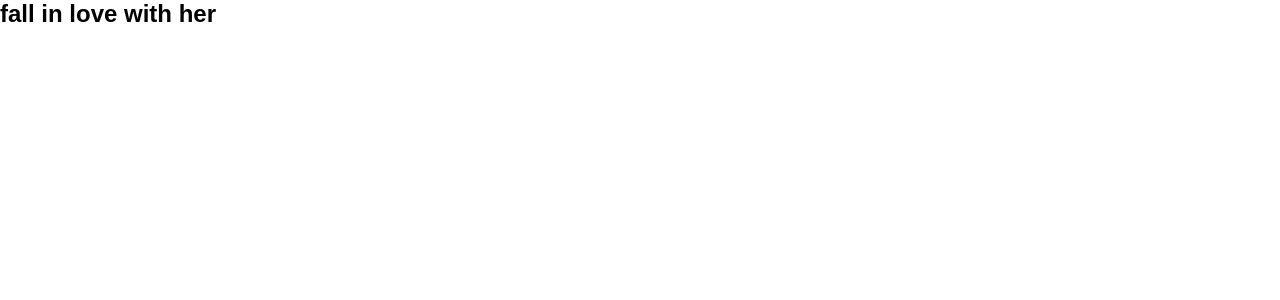
Repository: triumph-star/CSS-practice
Page: One CSS per day/broken/index.html
The author's editor kept a copy of each file at every save. The page is drawn from the files as they stood at one save, then again after a run of saves.
The browser window is 1280 px wide. The pictures show the whole page.
Some web fonts or font styles are not loaded; a fallback is used.

Above is the page before, as saved 2020-11-13 15:57:09.

### One CSS per day/broken/index.html
<!DOCTYPE html>
<html lang="zh-cn">
<head>
  <meta charset="UTF-8">
  <meta name="viewport" content="width=device-width, initial-scale=1.0">
  <title>broken-text</title>
  <link rel="stylesheet" href="./css.css"></link>
</head>
<body>
  <h2>fall in love with her</h2>
</body>
</html>

### One CSS per day/broken/css.css
@import url(./font.css);

*{
  margin: 0;
  padding: 0;
  font-family: 'Poppins', sans-serif;
}

body{

  dis
}

### One CSS per day/broken/font.css
/* devanagari */
@font-face {
  font-family: 'Poppins';
  font-style: normal;
  font-weight: 400;
  font-display: swap;
  src: local('Poppins Regular'), local('Poppins-Regular'), url(https://fonts.gstatic.com/s/poppins/v15/pxiEyp8kv8JHgFVrJJbecmNE.woff2) format('woff2');
  unicode-range: U+0900-097F, U+1CD0-1CF6, U+1CF8-1CF9, U+200C-200D, U+20A8, U+20B9, U+25CC, U+A830-A839, U+A8E0-A8FB;
}

/* latin-ext */
@font-face {
  font-family: 'Poppins';
  font-style: normal;
  font-weight: 400;
  font-display: swap;
  src: local('Poppins Regular'), local('Poppins-Regular'), url(https://fonts.gstatic.com/s/poppins/v15/pxiEyp8kv8JHgFVrJJnecmNE.woff2) format('woff2');
  unicode-range: U+0100-024F, U+0259, U+1E00-1EFF, U+2020, U+20A0-20AB, U+20AD-20CF, U+2113, U+2C60-2C7F, U+A720-A7FF;
}

/* latin */
@font-face {
  font-family: 'Poppins';
  font-style: normal;
  font-weight: 400;
  font-display: swap;
  src: local('Poppins Regular'), local('Poppins-Regular'), url(https://fonts.gstatic.com/s/poppins/v15/pxiEyp8kv8JHgFVrJJfecg.woff2) format('woff2');
  unicode-range: U+0000-00FF, U+0131, U+0152-0153, U+02BB-02BC, U+02C6, U+02DA, U+02DC, U+2000-206F, U+2074, U+20AC, U+2122, U+2191, U+2193, U+2212, U+2215, U+FEFF, U+FFFD;
}

/* devanagari */
@font-face {
  font-family: 'Poppins';
  font-style: normal;
  font-weight: 500;
  font-display: swap;
  src: local('Poppins Medium'), local('Poppins-Medium'), url(https://fonts.gstatic.com/s/poppins/v15/pxiByp8kv8JHgFVrLGT9Z11lFc-K.woff2) format('woff2');
  unicode-range: U+0900-097F, U+1CD0-1CF6, U+1CF8-1CF9, U+200C-200D, U+20A8, U+20B9, U+25CC, U+A830-A839, U+A8E0-A8FB;
}

/* latin-ext */
@font-face {
  font-family: 'Poppins';
  font-style: normal;
  font-weight: 500;
  font-display: swap;
  src: local('Poppins Medium'), local('Poppins-Medium'), url(https://fonts.gstatic.com/s/poppins/v15/pxiByp8kv8JHgFVrLGT9Z1JlFc-K.woff2) format('woff2');
  unicode-range: U+0100-024F, U+0259, U+1E00-1EFF, U+2020, U+20A0-20AB, U+20AD-20CF, U+2113, U+2C60-2C7F, U+A720-A7FF;
}

/* latin */
@font-face {
  font-family: 'Poppins';
  font-style: normal;
  font-weight: 500;
  font-display: swap;
  src: local('Poppins Medium'), local('Poppins-Medium'), url(https://fonts.gstatic.com/s/poppins/v15/pxiByp8kv8JHgFVrLGT9Z1xlFQ.woff2) format('woff2');
  unicode-range: U+0000-00FF, U+0131, U+0152-0153, U+02BB-02BC, U+02C6, U+02DA, U+02DC, U+2000-206F, U+2074, U+20AC, U+2122, U+2191, U+2193, U+2212, U+2215, U+FEFF, U+FFFD;
}

/* devanagari */
@font-face {
  font-family: 'Poppins';
  font-style: normal;
  font-weight: 600;
  font-display: swap;
  src: local('Poppins SemiBold'), local('Poppins-SemiBold'), url(https://fonts.gstatic.com/s/poppins/v15/pxiByp8kv8JHgFVrLEj6Z11lFc-K.woff2) format('woff2');
  unicode-range: U+0900-097F, U+1CD0-1CF6, U+1CF8-1CF9, U+200C-200D, U+20A8, U+20B9, U+25CC, U+A830-A839, U+A8E0-A8FB;
}

/* latin-ext */
@font-face {
  font-family: 'Poppins';
  font-style: normal;
  font-weight: 600;
  font-display: swap;
  src: local('Poppins SemiBold'), local('Poppins-SemiBold'), url(https://fonts.gstatic.com/s/poppins/v15/pxiByp8kv8JHgFVrLEj6Z1JlFc-K.woff2) format('woff2');
  unicode-range: U+0100-024F, U+0259, U+1E00-1EFF, U+2020, U+20A0-20AB, U+20AD-20CF, U+2113, U+2C60-2C7F, U+A720-A7FF;
}

/* latin */
@font-face {
  font-family: 'Poppins';
  font-style: normal;
  font-weight: 600;
  font-display: swap;
  src: local('Poppins SemiBold'), local('Poppins-SemiBold'), url(https://fonts.gstatic.com/s/poppins/v15/pxiByp8kv8JHgFVrLEj6Z1xlFQ.woff2) format('woff2');
  unicode-range: U+0000-00FF, U+0131, U+0152-0153, U+02BB-02BC, U+02C6, U+02DA, U+02DC, U+2000-206F, U+2074, U+20AC, U+2122, U+2191, U+2193, U+2212, U+2215, U+FEFF, U+FFFD;
}

/* devanagari */
@font-face {
  font-family: 'Poppins';
  font-style: normal;
  font-weight: 700;
  font-display: swap;
  src: local('Poppins Bold'), local('Poppins-Bold'), url(https://fonts.gstatic.com/s/poppins/v15/pxiByp8kv8JHgFVrLCz7Z11lFc-K.woff2) format('woff2');
  unicode-range: U+0900-097F, U+1CD0-1CF6, U+1CF8-1CF9, U+200C-200D, U+20A8, U+20B9, U+25CC, U+A830-A839, U+A8E0-A8FB;
}

/* latin-ext */
@font-face {
  font-family: 'Poppins';
  font-style: normal;
  font-weight: 700;
  font-display: swap;
  src: local('Poppins Bold'), local('Poppins-Bold'), url(https://fonts.gstatic.com/s/poppins/v15/pxiByp8kv8JHgFVrLCz7Z1JlFc-K.woff2) format('woff2');
  unicode-range: U+0100-024F, U+0259, U+1E00-1EFF, U+2020, U+20A0-20AB, U+20AD-20CF, U+2113, U+2C60-2C7F, U+A720-A7FF;
}

/* latin */
@font-face {
  font-family: 'Poppins';
  font-style: normal;
  font-weight: 700;
  font-display: swap;
  src: local('Poppins Bold'), local('Poppins-Bold'), url(https://fonts.gstatic.com/s/poppins/v15/pxiByp8kv8JHgFVrLCz7Z1xlFQ.woff2) format('woff2');
  unicode-range: U+0000-00FF, U+0131, U+0152-0153, U+02BB-02BC, U+02C6, U+02DA, U+02DC, U+2000-206F, U+2074, U+20AC, U+2122, U+2191, U+2193, U+2212, U+2215, U+FEFF, U+FFFD;
}

/* devanagari */
@font-face {
  font-family: 'Poppins';
  font-style: normal;
  font-weight: 800;
  font-display: swap;
  src: local('Poppins ExtraBold'), local('Poppins-ExtraBold'), url(https://fonts.gstatic.com/s/poppins/v15/pxiByp8kv8JHgFVrLDD4Z11lFc-K.woff2) format('woff2');
  unicode-range: U+0900-097F, U+1CD0-1CF6, U+1CF8-1CF9, U+200C-200D, U+20A8, U+20B9, U+25CC, U+A830-A839, U+A8E0-A8FB;
}

/* latin-ext */
@font-face {
  font-family: 'Poppins';
  font-style: normal;
  font-weight: 800;
  font-display: swap;
  src: local('Poppins ExtraBold'), local('Poppins-ExtraBold'), url(https://fonts.gstatic.com/s/poppins/v15/pxiByp8kv8JHgFVrLDD4Z1JlFc-K.woff2) format('woff2');
  unicode-range: U+0100-024F, U+0259, U+1E00-1EFF, U+2020, U+20A0-20AB, U+20AD-20CF, U+2113, U+2C60-2C7F, U+A720-A7FF;
}

/* latin */
@font-face {
  font-family: 'Poppins';
  font-style: normal;
  font-weight: 800;
  font-display: swap;
  src: local('Poppins ExtraBold'), local('Poppins-ExtraBold'), url(https://fonts.gstatic.com/s/poppins/v15/pxiByp8kv8JHgFVrLDD4Z1xlFQ.woff2) format('woff2');
  unicode-range: U+0000-00FF, U+0131, U+0152-0153, U+02BB-02BC, U+02C6, U+02DA, U+02DC, U+2000-206F, U+2074, U+20AC, U+2122, U+2191, U+2193, U+2212, U+2215, U+FEFF, U+FFFD;
}

/* devanagari */
@font-face {
  font-family: 'Poppins';
  font-style: normal;
  font-weight: 900;
  font-display: swap;
  src: local('Poppins Black'), local('Poppins-Black'), url(https://fonts.gstatic.com/s/poppins/v15/pxiByp8kv8JHgFVrLBT5Z11lFc-K.woff2) format('woff2');
  unicode-range: U+0900-097F, U+1CD0-1CF6, U+1CF8-1CF9, U+200C-200D, U+20A8, U+20B9, U+25CC, U+A830-A839, U+A8E0-A8FB;
}

/* latin-ext */
@font-face {
  font-family: 'Poppins';
  font-style: normal;
  font-weight: 900;
  font-display: swap;
  src: local('Poppins Black'), local('Poppins-Black'), url(https://fonts.gstatic.com/s/poppins/v15/pxiByp8kv8JHgFVrLBT5Z1JlFc-K.woff2) format('woff2');
  unicode-range: U+0100-024F, U+0259, U+1E00-1EFF, U+2020, U+20A0-20AB, U+20AD-20CF, U+2113, U+2C60-2C7F, U+A720-A7FF;
}

/* latin */
@font-face {
  font-family: 'Poppins';
  font-style: normal;
  font-weight: 900;
  font-display: swap;
  src: local('Poppins Black'), local('Poppins-Black'), url(https://fonts.gstatic.com/s/poppins/v15/pxiByp8kv8JHgFVrLBT5Z1xlFQ.woff2) format('woff2');
  unicode-range: U+0000-00FF, U+0131, U+0152-0153, U+02BB-02BC, U+02C6, U+02DA, U+02DC, U+2000-206F, U+2074, U+20AC, U+2122, U+2191, U+2193, U+2212, U+2215, U+FEFF, U+FFFD;
}

After the next 6 saves:
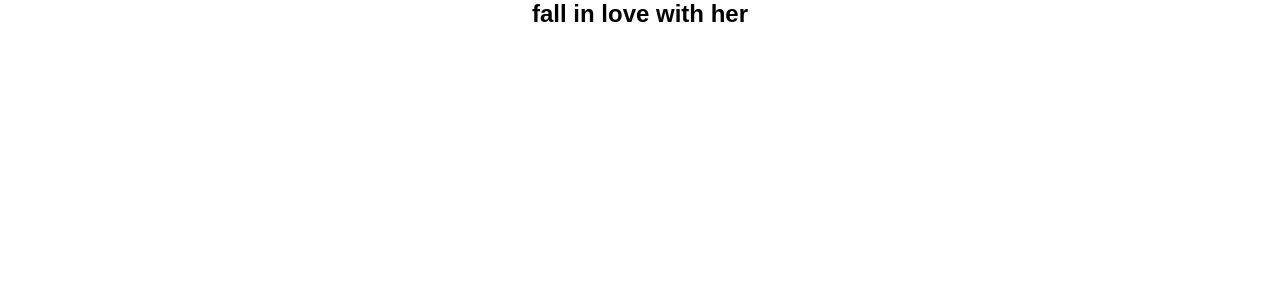
The 6 saves are shown as one change because they came seconds apart.
The last was saved 13 s later.
--- a/One CSS per day/broken/css.css
+++ b/One CSS per day/broken/css.css
@@ -8,5 +8,8 @@
 
 body{
 
-  dis
+  display: flex;
+  justify-content: center;
+  align-items: center;
+
 }
